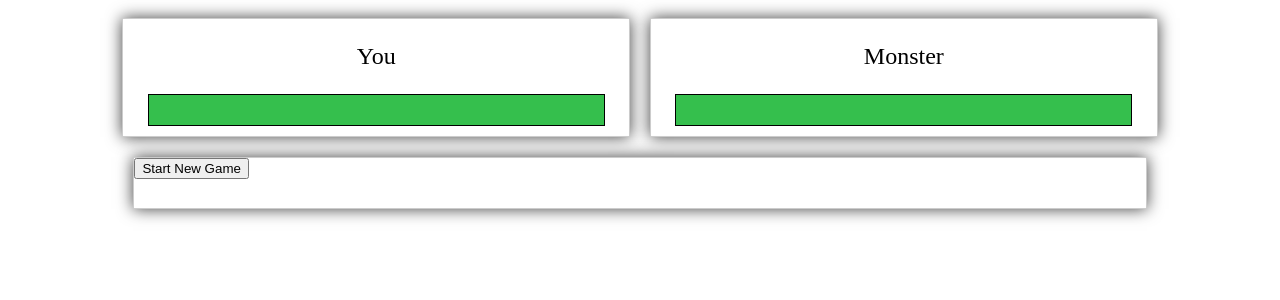
Repository: jakublack/game-fight-vue
Page: /
The author's editor kept a copy of each file at every save. The page is drawn from the files as they stood at one save, then again after the next save.
The browser window is 1280 px wide. The pictures show the whole page.
The project was rebuilt for these pictures with package versions that can differ from the ones it lists, and the page was loaded fresh each time.

Above is the page before, as saved 2018-08-08 20:49:46.

### public/index.html
<!DOCTYPE html>
<html lang="en">
  <head>
    <meta charset="utf-8">
    <meta http-equiv="X-UA-Compatible" content="IE=edge">
    <meta name="viewport" content="width=device-width,initial-scale=1.0">
    <link rel="icon" href="<%= BASE_URL %>favicon.ico">
    <title>game-app</title>
  </head>
  <body>
    <noscript>
      <strong>We're sorry but game-app doesn't work properly without JavaScript enabled. Please enable it to continue.</strong>
    </noscript>
    <div id="app"></div>
    <!-- built files will be auto injected -->
  </body>
</html>

### src/components/Game.vue
<template>
  <div class="wrapper--app">
    <div class="wrapper--person">
      <div class="person--player">
        <p>You</p>
        <div class="person--health player--health"></div>
      </div>
      <div class="person--player">
        <p>Monster</p>
        <div class="person--health monster--health"></div>
      </div>
    </div>
    <div class="wrapper-action">
      <button>Start New Game</button>
    </div>


  </div>

</template>

<script>
export default {
  name: 'Game',

}
</script>

<!-- Add "scoped" attribute to limit CSS to this component only -->
<style scss scoped>

.wrapper--person {
  text-align: center;
}

.person--player {
  width: 40%;
  display: inline-block;
  margin: 10px;
  text-align: center;
  border: 1px solid #ccc;
  box-shadow: 0px 0px 15px 0px rgba(0,0,0,0.75);
}

.person--player p {
  font-size: 24px;
}

.person--health {
  width: 90%;
  height: 30px;
  margin: 10px auto;
  background-color: #35BF4D;
  border: 1px solid #000;
}
.wrapper-action {
  width: 80%;
  height: 50px;

  margin: 10px auto;
  border: 1px solid #ccc;
  box-shadow: 0px 0px 15px 0px rgba(0,0,0,0.75);

}



</style>

Loaded but not shown: src/main.js (common file); src/App.vue (common file)

After the next save:
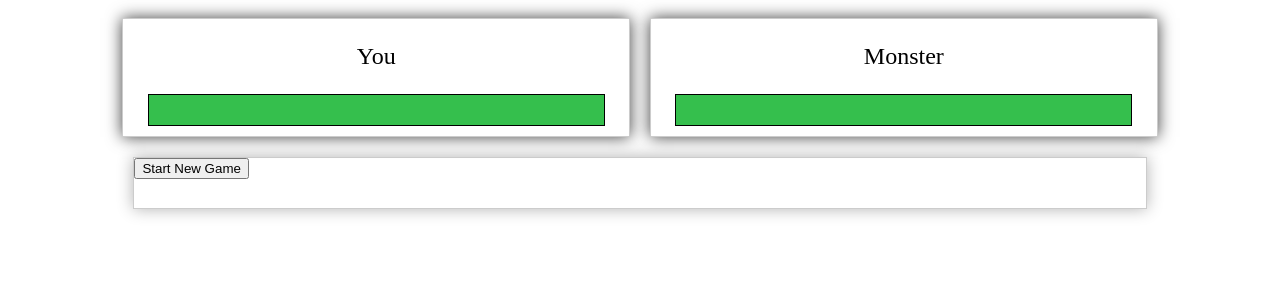
Saved 9 s later.
--- a/src/components/Game.vue
+++ b/src/components/Game.vue
@@ -59,7 +59,7 @@ export default {
 
   margin: 10px auto;
   border: 1px solid #ccc;
-  box-shadow: 0px 0px 15px 0px rgba(0,0,0,0.75);
+  box-shadow: 0px 0px 15px 0px rgba(0,0,0,0.3);
 
 }
 
